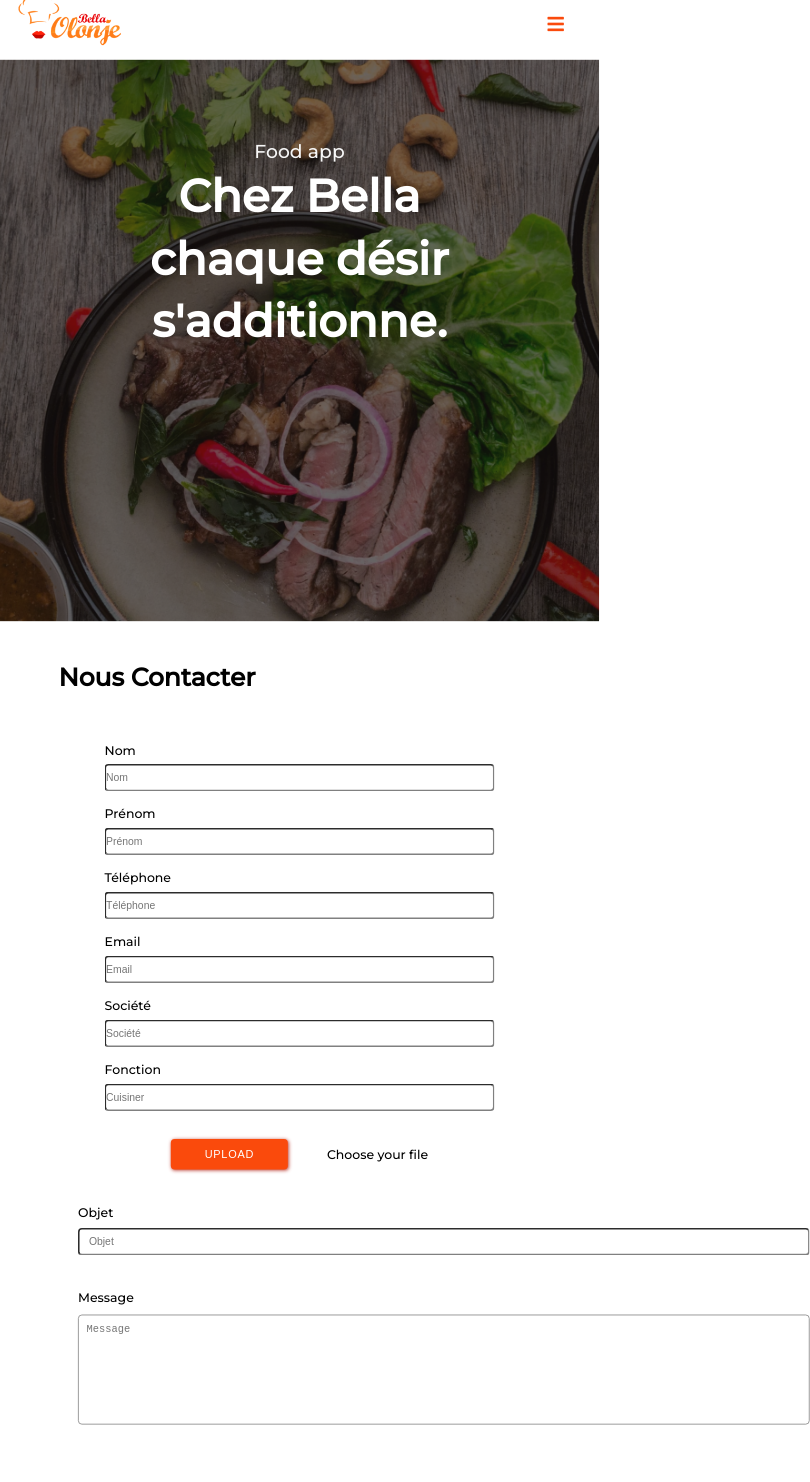
Repository: sisilass31/bella-olonje
Page: html/contact.html
The author's editor kept a copy of each file at every save. The page is drawn from the files as they stood at one save, then again after the next save.
The browser window is 768 px wide. The page is 1038 px wide, so the pictures cover 1038 px, including what lies to the right of the window. The pictures show the part of the page from y = 26 to 1926 px (the page is 2525 px tall), at 78% of full size.
Pictures or frames that could not be fetched are drawn as grey boxes. Some web libraries are served in a nearby version.

Above is the page before, as saved 2023-02-15 10:20:02.

After the next save:
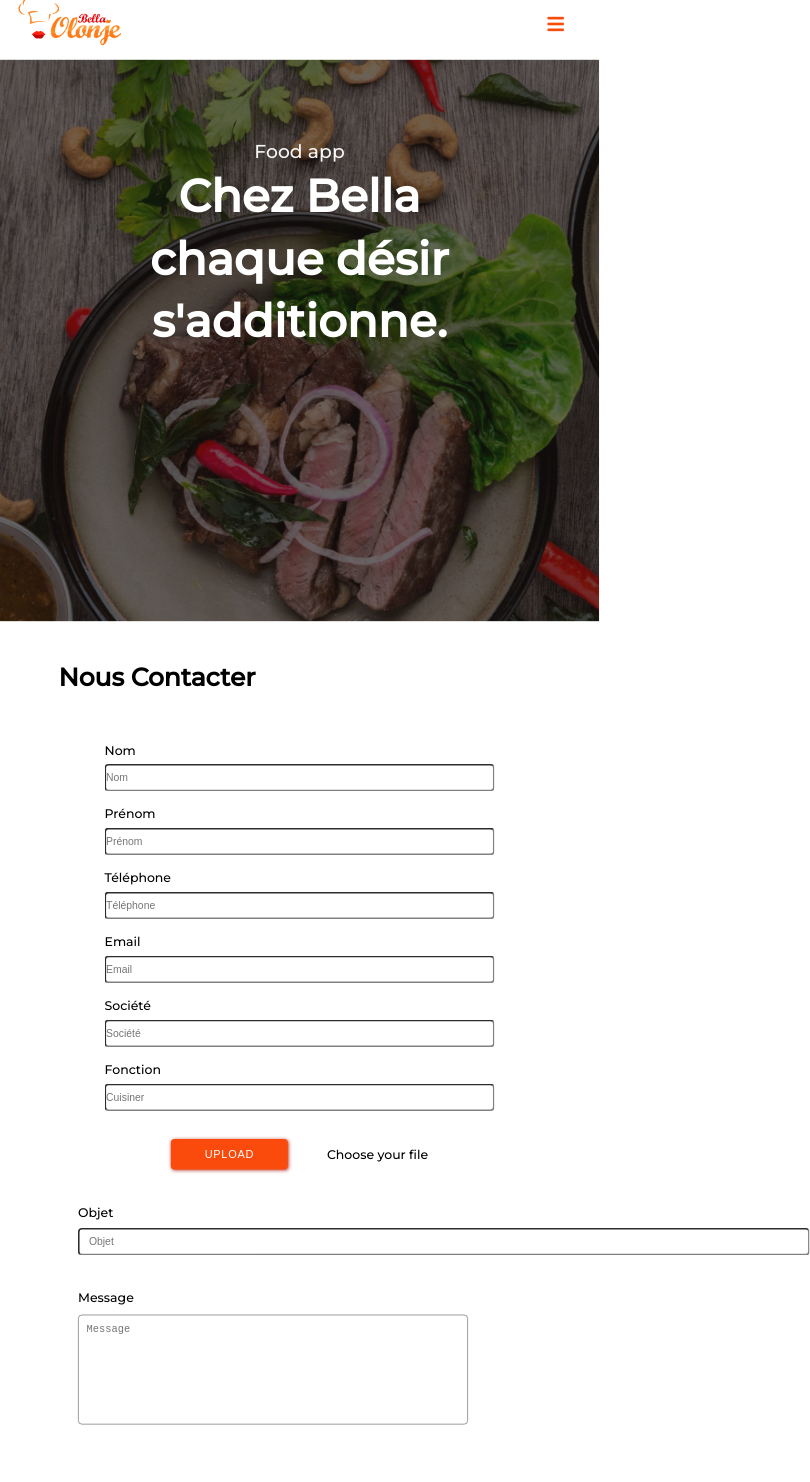
Saved 99 s later.
--- a/css/contact.css
+++ b/css/contact.css
@@ -397,9 +397,48 @@ textarea {
     .div_button {
         padding: 0;
     }
+
     .g-recaptcha {
         display: flex;
         justify-content: center;
         padding: 2%;
+    }
+    textarea {
+        width: 938px;
+        width: 930px;
+        width: 919px;
+        width: 910px;
+        width: 894px;
+        width: 893px;
+        width: 890px;
+        width: 884px;
+        width: 874px;
+        width: 857px;
+        width: 855px;
+        width: 852px;
+        width: 851px;
+        width: 850px;
+        width: 849px;
+        width: 847px;
+        width: 842px;
+        width: 830px;
+        width: 809px;
+        width: 791px;
+        width: 766px;
+        width: 757px;
+        width: 753px;
+        width: 752px;
+        width: 751px;
+        width: 750px;
+        width: 744px;
+        width: 739px;
+        width: 735px;
+        width: 732px;
+        width: 731px;
+        width: 5;
+        width: 50;
+        width: 500;
+        width: 500p;
+        width: 500px;
         }
 }
